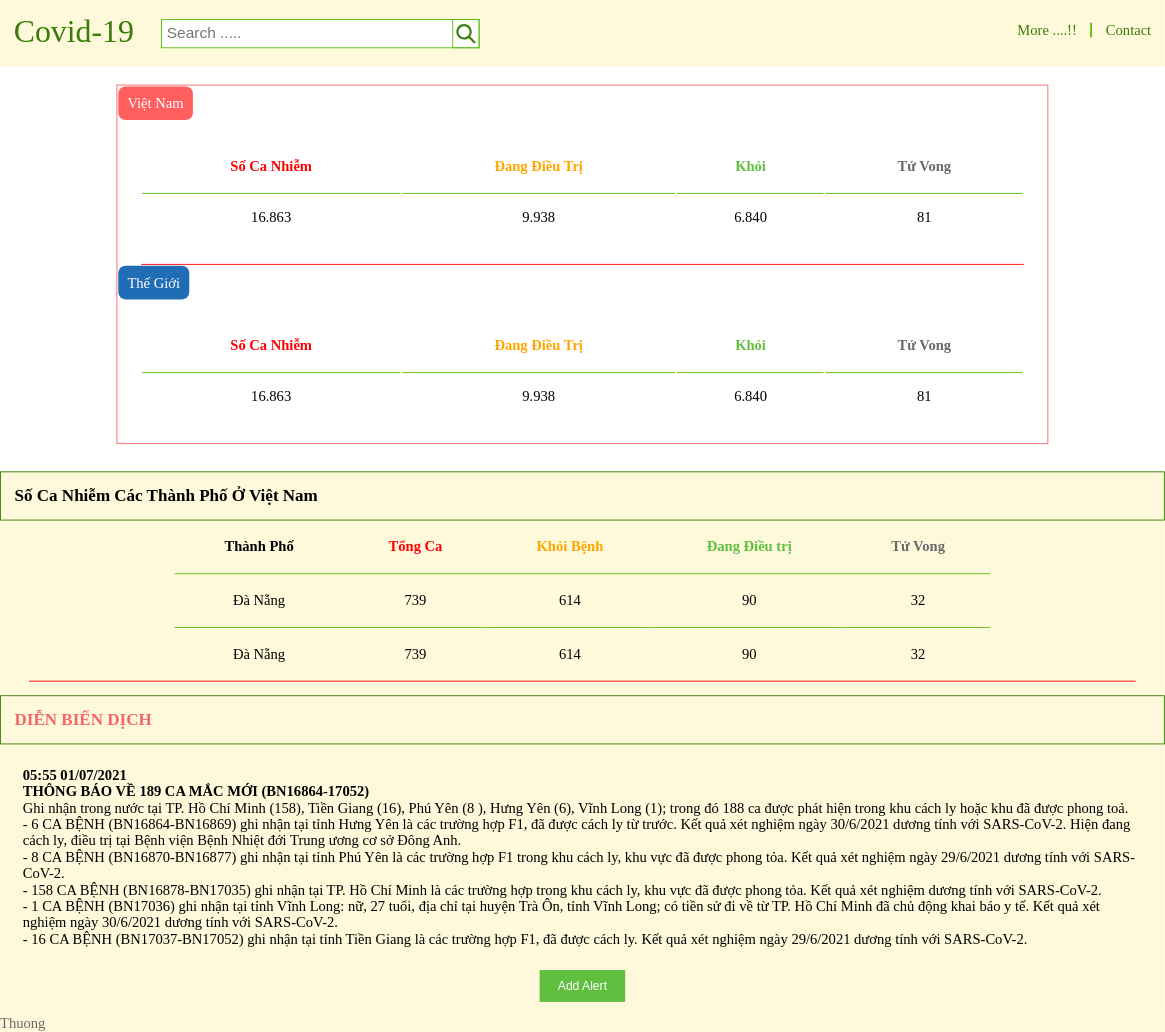
Repository: thuongton98/Covid
Page: html-css-js/index.html
The author's editor kept a copy of each file at every save. The page is drawn from the files as they stood at one save, then again after a run of saves.
The browser window is 1280 px wide. The pictures show the whole page, at 91% of full size.

Above is the page before, as saved 2021-07-01 12:03:58.

### html-css-js/index.html
<!DOCTYPE html>
<html lang="en">
<head>
    <meta charset="UTF-8">
    <meta http-equiv="X-UA-Compatible" content="IE=edge">
    <meta name="viewport" content="width=device-width, initial-scale=1.0">

    <link rel="stylesheet" href="./styles.css">
    <script src="https://cdn.ckeditor.com/4.16.1/standard/ckeditor.js"></script>
    <title>Covid-19</title>
</head>
<body>
    <nav>
        <div class="icon">
            <div class="icon-i">Covid-19</div>
            <div class="icon-search">
                <input type="text" placeholder="Search .....">
                <svg fill="#000000" xmlns="http://www.w3.org/2000/svg"  viewBox="0 0 48 48" width="48px" height="48px"><path d="M 20.5 6 C 12.515556 6 6 12.515562 6 20.5 C 6 28.484438 12.515556 35 20.5 35 C 23.773158 35 26.788919 33.893018 29.220703 32.050781 L 38.585938 41.414062 A 2.0002 2.0002 0 1 0 41.414062 38.585938 L 32.050781 29.220703 C 33.893017 26.788918 35 23.773156 35 20.5 C 35 12.515562 28.484444 6 20.5 6 z M 20.5 10 C 26.322685 10 31 14.677319 31 20.5 C 31 23.295711 29.914065 25.820601 28.148438 27.697266 A 2.0002 2.0002 0 0 0 27.701172 28.144531 C 25.824103 29.912403 23.29771 31 20.5 31 C 14.677315 31 10 26.322681 10 20.5 C 10 14.677319 14.677315 10 20.5 10 z"/></svg>
            </div>

        </div>
        <ul class="nav-i">
            <li>More ....!!</li>
            <li>Contact</li>
        </ul>
    </nav>
    <section class="case">
        <div>
            <span>Việt Nam</span>
            <table>

                <tr>
                    <th>Số Ca Nhiễm</th>
                    <th>Đang Điều Trị</th>
                    <th>Khỏi</th>
                    <th>Tử Vong</th>
                </tr>
                <tr>
                    <td>16.863</td>
                    <td>9.938</td>
                    <td>6.840</td>
                    <td>81</td>
                </tr>

            </table>
           <div class="line"></div>
            <span class="word">Thế Giới</span>
            <table>
                <tr>
                    <th>Số Ca Nhiễm</th>
                    <th>Đang Điều Trị</th>
                    <th>Khỏi</th>
                    <th>Tử Vong</th>
                </tr>
                <tr>
                    <td>16.863</td>
                    <td>9.938</td>
                    <td>6.840</td>
                    <td>81</td>
                </tr>
            </table>
            </table>
        </div>
    </section>
    <section class="all-case">
        <h3>Số Ca Nhiễm Các Thành Phố Ở Việt Nam</h3>
        <div>
            <table>
                <tr>
                    <th>Thành Phố</th>
                    <th>Tổng Ca</th>
                    <th>Khỏi Bệnh</th>
                    <th>Đang Điều trị</th>
                    <th>Tử Vong</th>
                </tr>
                <tr>
                    <td>Đà Nẵng</td>
                    <td>739</td>
                    <td>614</td>
                    <td>90</td>
                    <td>32</td>
                </tr>
                <tr>
                    <td>Đà Nẵng</td>
                    <td>739</td>
                    <td>614</td>
                    <td>90</td>
                    <td>32</td>
                </tr>
            </table>
        </div>
        <div class="line"></div>
    </section>
    <section class="alert">
        <h3>DIỄN BIẾN DỊCH</h3>
        <div>
            <h4>05:55 01/07/2021</h4>
            <h4>THÔNG BÁO VỀ 189 CA MẮC MỚI  (BN16864-17052)</h4>
            <p>Ghi nhận trong nước tại TP. Hồ Chí Minh (158), Tiền Giang (16), Phú Yên (8 ), Hưng Yên (6), Vĩnh Long (1); trong đó 188 ca được phát hiện trong khu cách ly hoặc khu đã được phong toả.</p>
            <p>- 6 CA BỆNH (BN16864-BN16869) ghi nhận tại tỉnh Hưng Yên là các trường hợp F1, đã được cách ly từ trước. Kết quả xét nghiệm ngày 30/6/2021 dương tính với SARS-CoV-2. Hiện đang cách ly, điều trị tại Bệnh viện Bệnh Nhiệt đới Trung ương cơ sở Đông Anh.</p>
            <p>- 8 CA BỆNH (BN16870-BN16877) ghi nhận tại tỉnh Phú Yên là các trường hợp F1 trong khu cách ly, khu vực đã được phong tỏa. Kết quả xét nghiệm ngày 29/6/2021 dương tính với SARS-CoV-2.</p>
            <p>- 158 CA BỆNH (BN16878-BN17035) ghi nhận tại TP. Hồ Chí Minh là các trường hợp trong khu cách ly, khu vực đã được phong tỏa. Kết quả xét nghiệm dương tính với SARS-CoV-2.            </p>
            <p>- 1 CA BỆNH (BN17036) ghi nhận tại tỉnh Vĩnh Long: nữ, 27 tuổi, địa chỉ tại huyện Trà Ôn, tỉnh Vĩnh Long; có tiền sử đi về từ TP. Hồ Chí Minh đã chủ động khai báo y tế. Kết quả xét nghiệm ngày 30/6/2021 dương tính với SARS-CoV-2.</p>
            <p>- 16 CA BỆNH (BN17037-BN17052) ghi nhận tại tỉnh Tiền Giang là các trường hợp F1, đã được cách ly. Kết quả xét nghiệm ngày 29/6/2021 dương tính với SARS-CoV-2.</p>
        </div>
       <button>Add Alert</button>
    </section>
    <footer>
        <a href="/">Thuong</a>
    </footer>
</body>

</html>

### html-css-js/styles.css

*{
    padding: 0;
    margin: 0;
    box-sizing: border-box;
}



nav{
    background-color: #fff9db;
    display: flex;
    justify-content: space-between;
    padding:15px
}


nav .icon{
    display: flex;
}

nav .nav-i{
    display: flex;
}

nav .nav-i li{
    list-style: none;
    padding-right: 15px;
    padding-top:10px;
    color:#397d09;
    cursor: pointer;

}

nav .nav-i li:hover{
    color:#57bf0d;
}

nav .nav-i li:last-child{
    padding-right:0;
}

nav .nav-i li:after{
    content: '';
    border: 1px solid #57bf0d;
    margin-left:15px;
    font-size: 12px;
    position: relative;
    top:-2px;
}

nav .nav-i li:last-child::after{
    display: none;
}

nav .icon .icon-i{
    font-size: 35px;
    color: #397d09;
    cursor: pointer;
}

nav .icon .icon-search{
    margin-left:30px;
    position: relative;
   top:-5px;
}


nav .icon .icon-search input{
   padding: 5px;
   width: 350px;
   outline: none;
   border: none;
   font-size: 17px;
   border:1px solid #57bf0d;


}

nav .icon .icon-search svg{
    fill: #397d09;
    cursor: pointer;
    width: 30px;
    height: 32px;
    position: relative;
    border: 1px solid #57bf0d;
    position: relative;
    left: -34px;
    top:11px;
}

nav .icon .icon-search svg:hover{

    fill:#57bf0d
}

.case{
    padding-left: 10%;
    padding-right: 10%;
    padding-top:20px;
}

.case div{
    border: 1px solid #f56767;

}
.case .line, .all-case .line{
    border-top: 1px solid red;
    border-bottom: none;
    width: 95%;
    margin: 0 auto;
}
.case div table{
   padding: 25px;
   padding-top:40px;
    width: 100%;
}

.case div table td{
    text-align: center;
    padding:15px;
}

.case div table th:nth-child(1),.all-case table th:nth-child(2){
    color: red;
}

.case div table th:nth-child(2),.all-case table th:nth-child(3){
    color: orange;
}

.case div table th:nth-child(3),.all-case table th:nth-child(4){
    color: #61bf3f;
}

.case div table th:nth-child(4),.all-case table th:nth-child(5){
    color: #696969;
}

.case div span{
    background-color: #ff5e5e;
    padding:10px;
    position: relative;
    top:11px;
    left:1px;
    border-radius: 8px;
    color: #fff;
}

.case div .word{
    background-color: #216db5;

}

.all-case,.alert{
    background-color: #fff9db;
   padding-bottom:15px;
}
.all-case h3{
    border:1px solid #397d09;
    margin:0;
    padding:15px;
    margin-top:30px;

}
.all-case table{
    margin: 0 auto;
    width: 70%;
    border-collapse: collapse;
}
.all-case table td{
    text-align: center;
    padding:20px;
}

.all-case table tr,th{
    padding:20px;
  border-bottom: 1px solid #57bf0d;
}

.all-case table tr:last-child{
    border-bottom:none
}
.all-case table tr:first-child{
    border-bottom:none
}

.alert h3{
    border:1px solid #397d09;
    margin:0;
    padding:15px;
    color: #f56767;
}
.alert div{
    padding: 25px;
}

.alert button{
    border:none;
    padding:10px 20px;
    cursor: pointer;
    background-color: #61bf3f;
    color: #fff;
    margin: 0 auto;
    display: block;
}

footer{


    background-color: #fff9db;

}

footer a{

    text-decoration: none;
    color:#696969;
}

@media screen and (max-width:750px) {
    nav .icon .icon-search input{
        width:200px
    }
    nav .icon .icon-i{
        font-size: 25px;

    }


}

@media screen and (max-width:550px) {
    nav .icon .icon-search input{
        padding: 3px;
        width: 180px;

        font-size: 16px;

    }

    nav .icon .icon-search svg{

        width: 30px;
        height: 26px;
        top:9px;

    }
    nav .icon .icon-search{

       top:-7px;
    }
    nav .nav-i{
        display:none;
    }
}


@media screen and (max-width:445px) {
    .case div table th{
        display:none
    }
    .case div table td{
        display: block;
        margin-left: 50%;
    }
    .case div table td:before{
       position: absolute;

        left:15%;
    }
    .case div table td:nth-child(1):before{
        content: 'Tổng Ca';
        color:red;
    }
    .case div table td:nth-child(2):before{
        content: 'Khỏi Bệnh';
        color: orange;
    }
    .case div table td:nth-child(3):before{
        content: 'Đang Điều Trị';
        color: #61bf3f;
    }
    .case div table td:nth-child(4):before{
        content: 'Tử Vong';
        color: #696969;
    }

    .all-case div table th{
        display:none
    }
    .all-case div table td{
        display: block;
        margin-left: 50%;
    }
    .all-case div table td:before{
       position: absolute;

        left:15%;
    }
    .all-case div table td:nth-child(1):before{
        content: 'Thành Phố';

    }
    .all-case div table td:nth-child(2):before{
        content: 'Tổng Ca';
        color:red;
    }
    .all-case div table td:nth-child(3):before{
        content: 'Khỏi Bệnh';
        color: orange;
    }
    .all-case div table td:nth-child(4):before{
        content: 'Đang Điều Trị';
        color: #61bf3f;
    }
    .all-case div table td:nth-child(5):before{
        content: 'Tử Vong';
        color: #696969;
    }

}

@media screen and (max-width:375px) {
    nav .icon .icon-i{
        font-size: 20px;

    }
    nav .icon .icon-search input{

        width: 150px;

        font-size: 16px;

    }
}

After the next 2 saves:
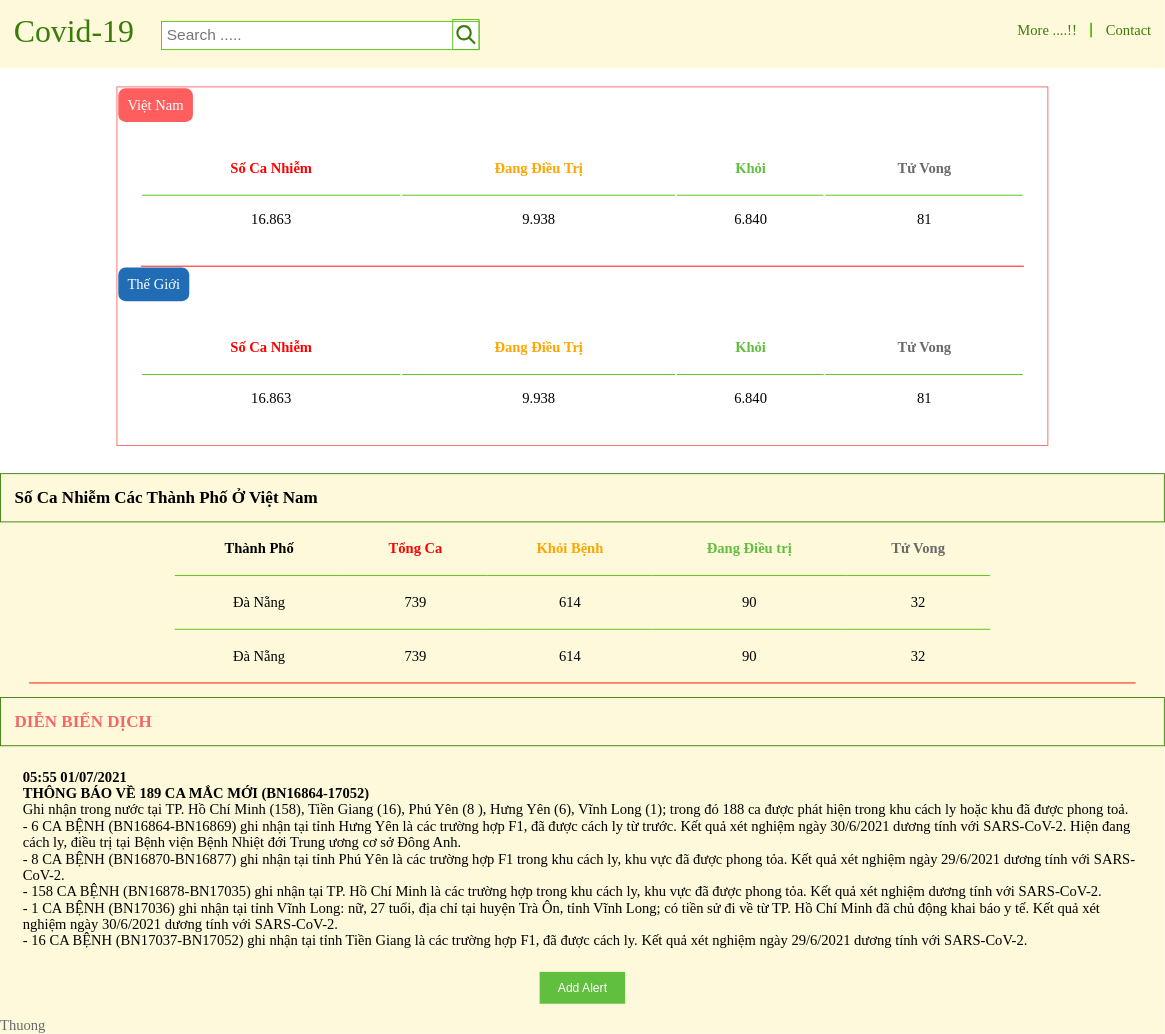
The 2 saves are shown as one change because they came seconds apart.
The last was saved 9 s later.
--- a/html-css-js/styles.css
+++ b/html-css-js/styles.css
@@ -81,7 +81,7 @@
     fill: #397d09;
     cursor: pointer;
     width: 30px;
-    height: 32px;
+    height: 34px;
     position: relative;
     border: 1px solid #57bf0d;
     position: relative;

After the save that followed:
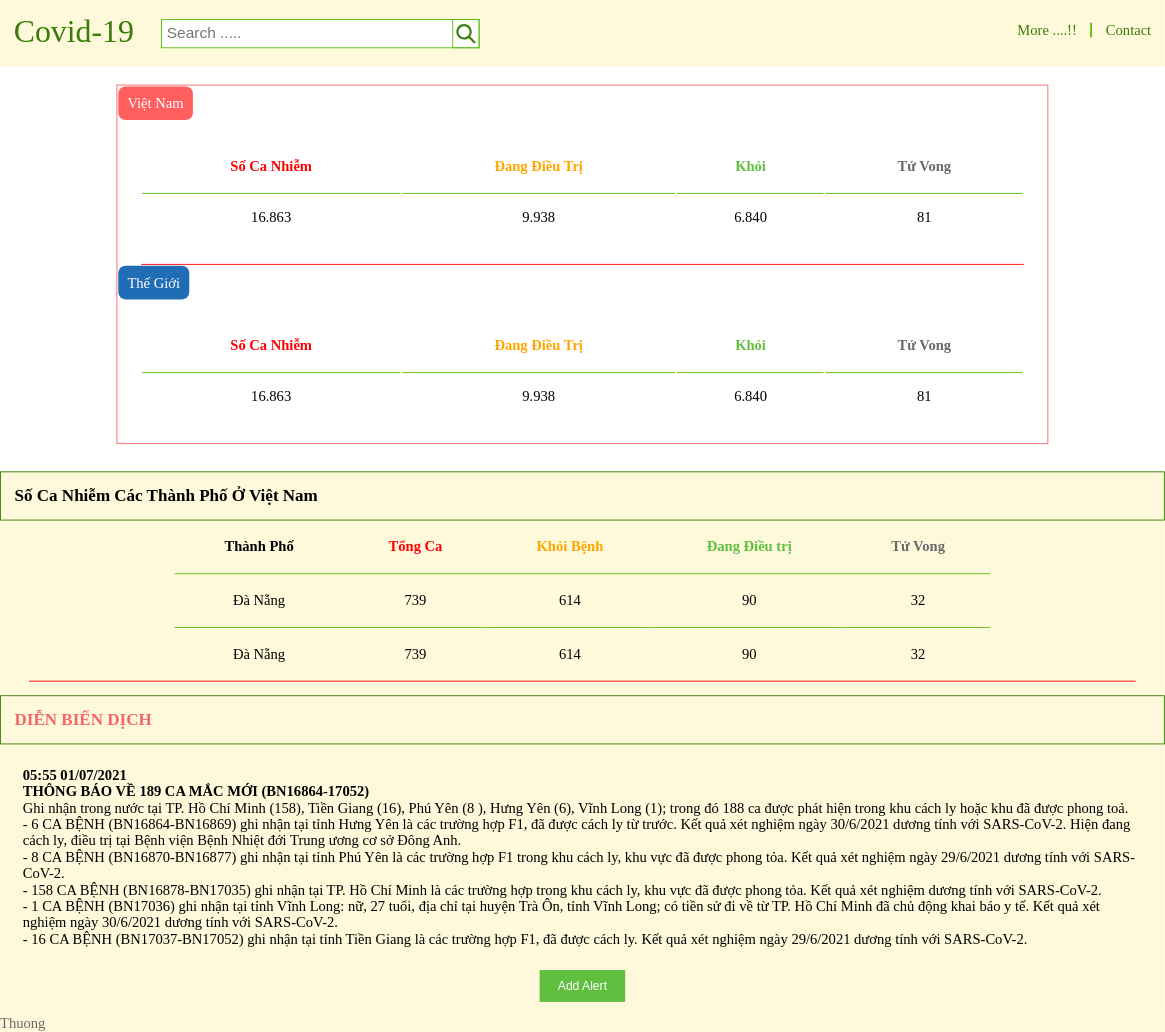
Saved 6 s later.
--- a/html-css-js/styles.css
+++ b/html-css-js/styles.css
@@ -81,7 +81,7 @@
     fill: #397d09;
     cursor: pointer;
     width: 30px;
-    height: 34px;
+    height: 32px;
     position: relative;
     border: 1px solid #57bf0d;
     position: relative;
